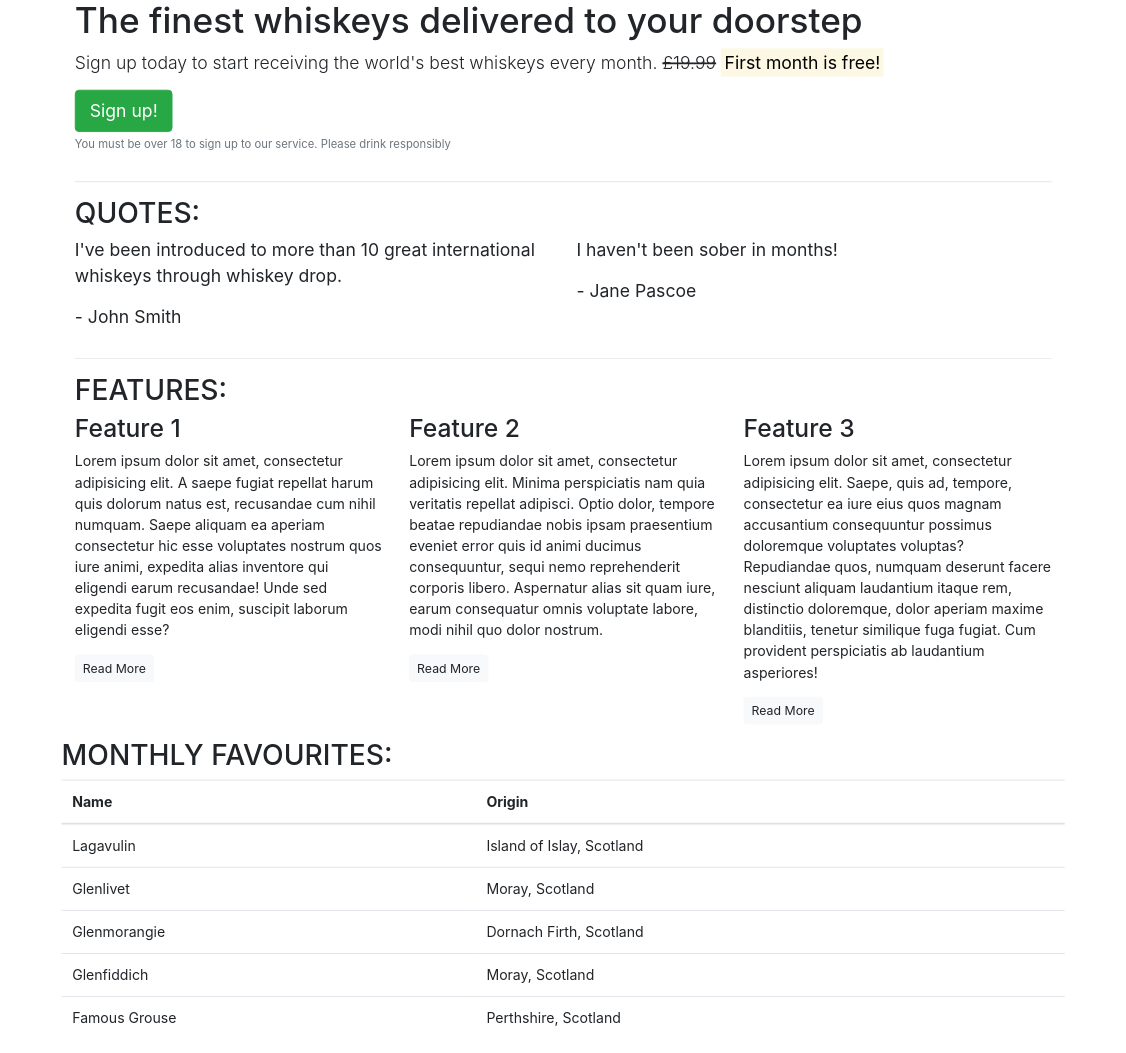
Repository: LouWills/WhiskeyDrop-bootstrap
Page: index.html
The author's editor kept a record of every edit. The page is drawn from the files as they stood at one moment, then again after the next edit.
The browser window is 1280 px wide. The pictures show the whole page, at 88% of full size.

Above is the page before.
Console error: TypeError: Cannot read properties of undefined (reading 'fn')

After the next edit:
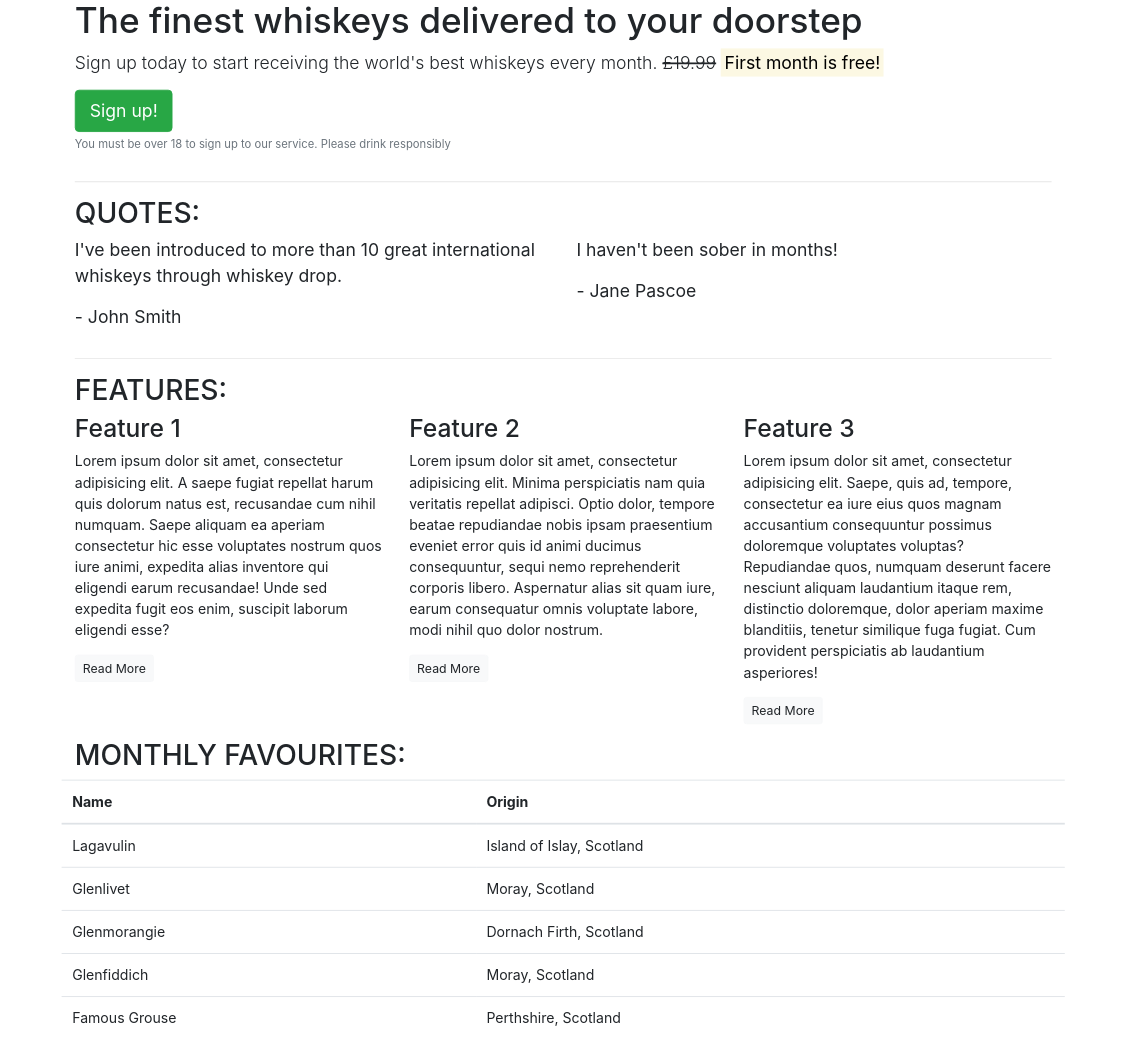
The edit:
--- a/index.html
+++ b/index.html
@@ -88,7 +88,9 @@
         <!--Monthly Favourites-->
         <section class="monthlyFavourites">
             <div class="row">
-                <h2 class="text-uppercase">Monthly favourites:</h2>
+                <div class="col-12">
+                    <h2 class="text-uppercase">Monthly favourites:</h2>
+                </div>
             </div>
             <div class="row">
                 <table class="table">
